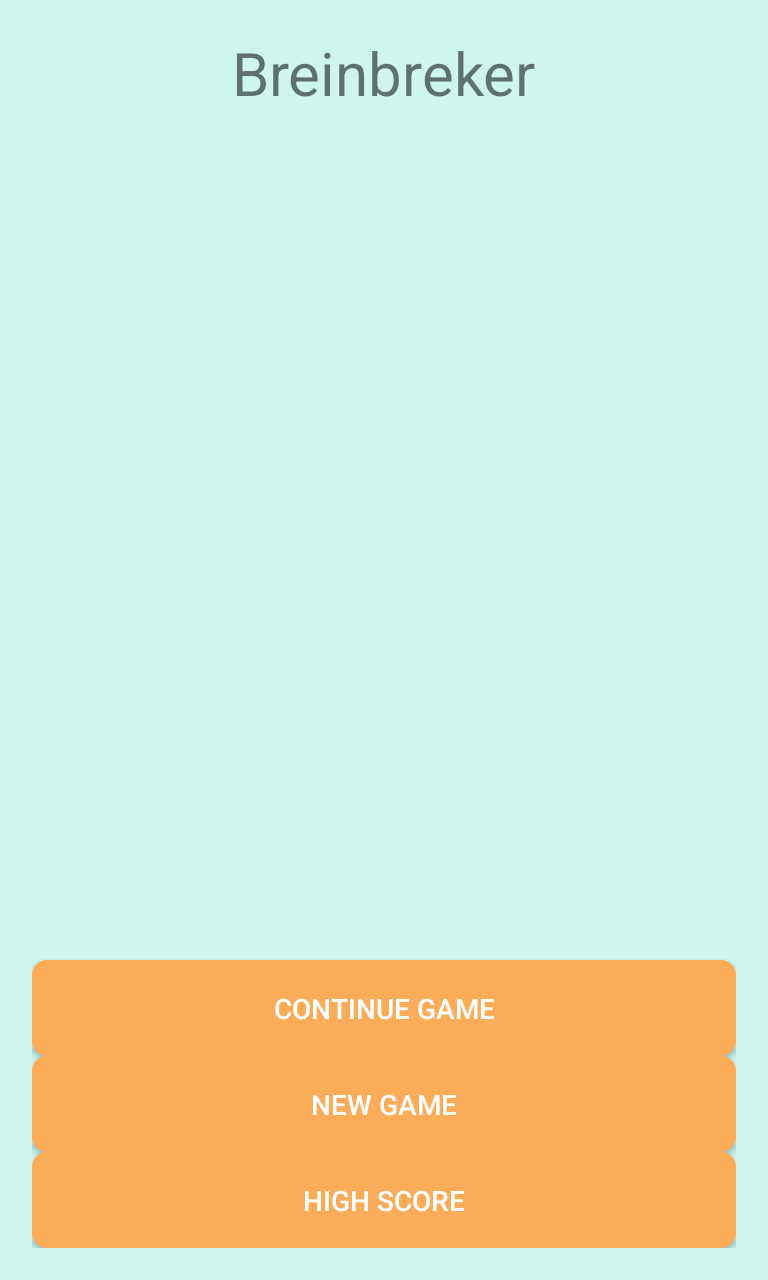
Repository: jelleswester/Breinbreker
Layout: Breinbreker/res/layout/activity_start_screen.xml
The author's editor kept a copy of each file at every save. The layout is drawn from the files as they stood at one save, then again after the next save.
It is drawn on a 768 x 1280 px phone screen (xhdpi) without system bars, with theme AppTheme; the app's code is not run.

Above is the layout before, as saved 2015-01-22 20:27:47.

After the next save:
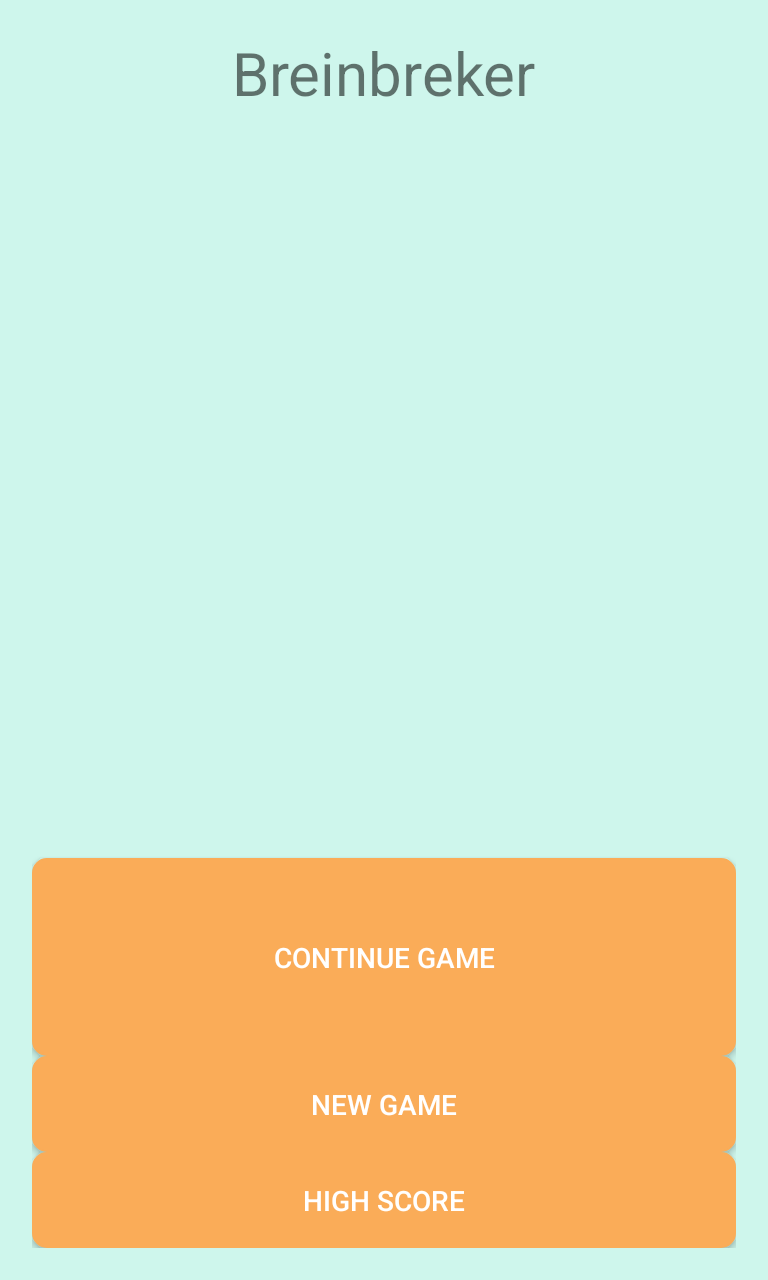
Saved 13 s later.
--- a/Breinbreker/res/layout/activity_start_screen.xml
+++ b/Breinbreker/res/layout/activity_start_screen.xml
@@ -48,7 +48,7 @@
         android:layout_height="wrap_content"
         android:layout_above="@+id/newGameButton"
         android:layout_alignLeft="@+id/newGameButton"
-        android:padding="10dp"
+        android:padding="40dp"
         android:onClick="startButton"
         android:background="@drawable/button_shape"
         android:textColor="@color/white"

After the save that followed:
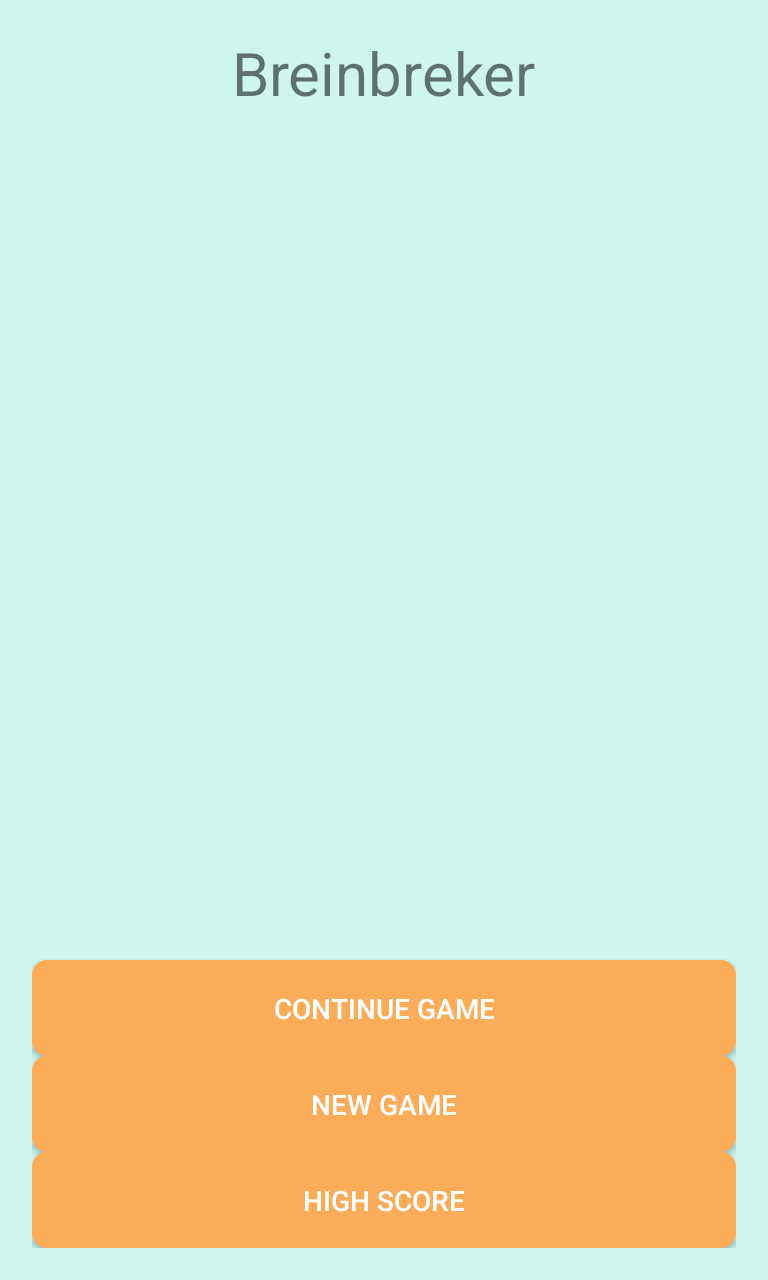
Saved 36 s later.
--- a/Breinbreker/res/layout/activity_start_screen.xml
+++ b/Breinbreker/res/layout/activity_start_screen.xml
@@ -24,7 +24,6 @@
         android:layout_height="wrap_content"
         android:layout_alignParentBottom="true"
         android:layout_centerHorizontal="true"
-        android:padding="2dp"
         android:onClick="highScoreButton"
         android:background="@drawable/button_shape"
         android:textColor="@color/white"
@@ -36,7 +35,6 @@
         android:layout_height="wrap_content"
         android:layout_above="@+id/highScoreButton"
         android:layout_alignLeft="@+id/highScoreButton"
-        android:padding="2dp"
         android:onClick="startButton"
         android:background="@drawable/button_shape"
         android:textColor="@color/white"
@@ -48,7 +46,6 @@
         android:layout_height="wrap_content"
         android:layout_above="@+id/newGameButton"
         android:layout_alignLeft="@+id/newGameButton"
-        android:padding="40dp"
         android:onClick="startButton"
         android:background="@drawable/button_shape"
         android:textColor="@color/white"
